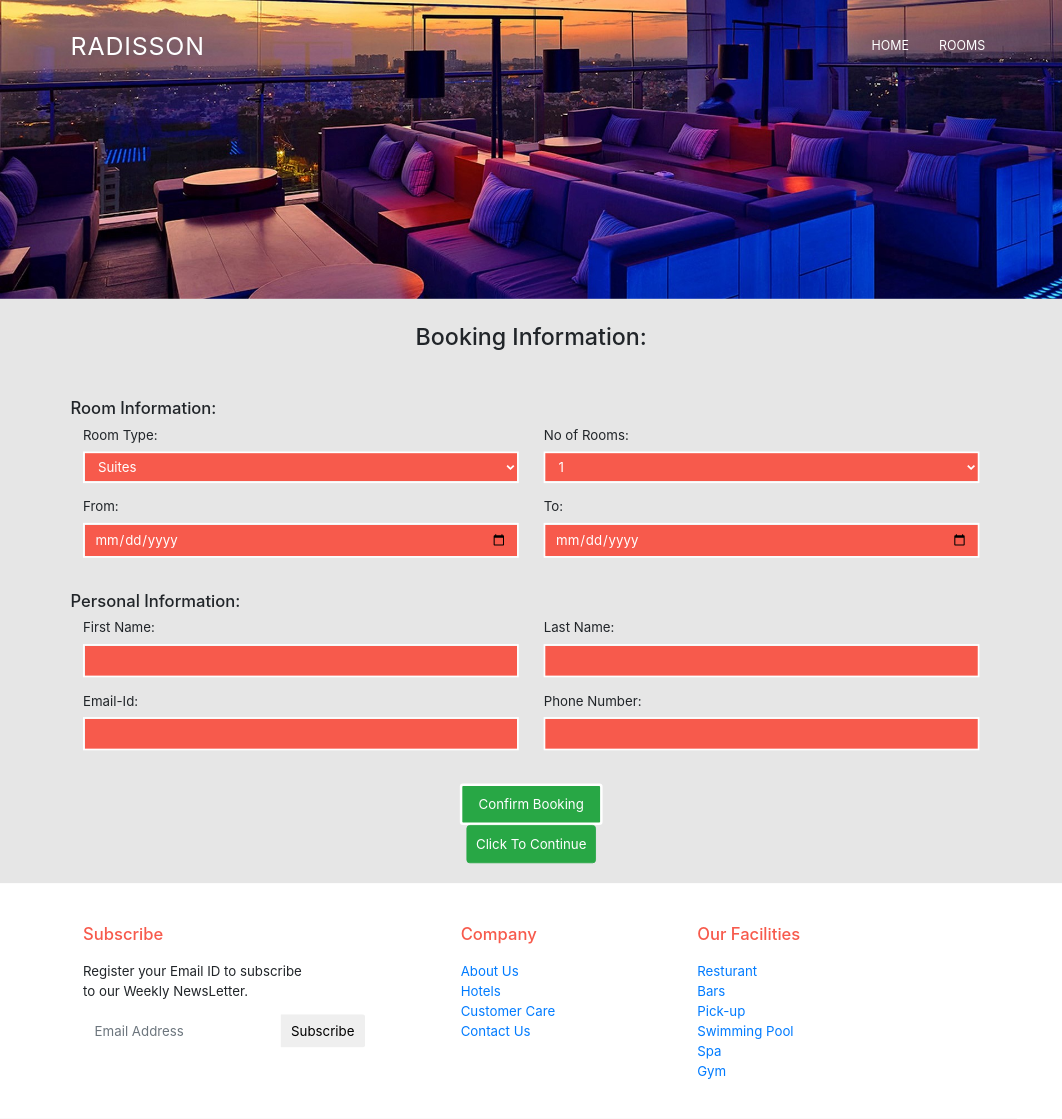
Repository: kapsky5/HotelManagement
Page: booking.html
The author's editor kept a copy of each file at every save. The page is drawn from the files as they stood at one save, then again after the next save.
The browser window is 1280 px wide. The pictures show the whole page, at 83% of full size.

Above is the page before, as saved 2019-11-08 09:57:08.

After the next save:
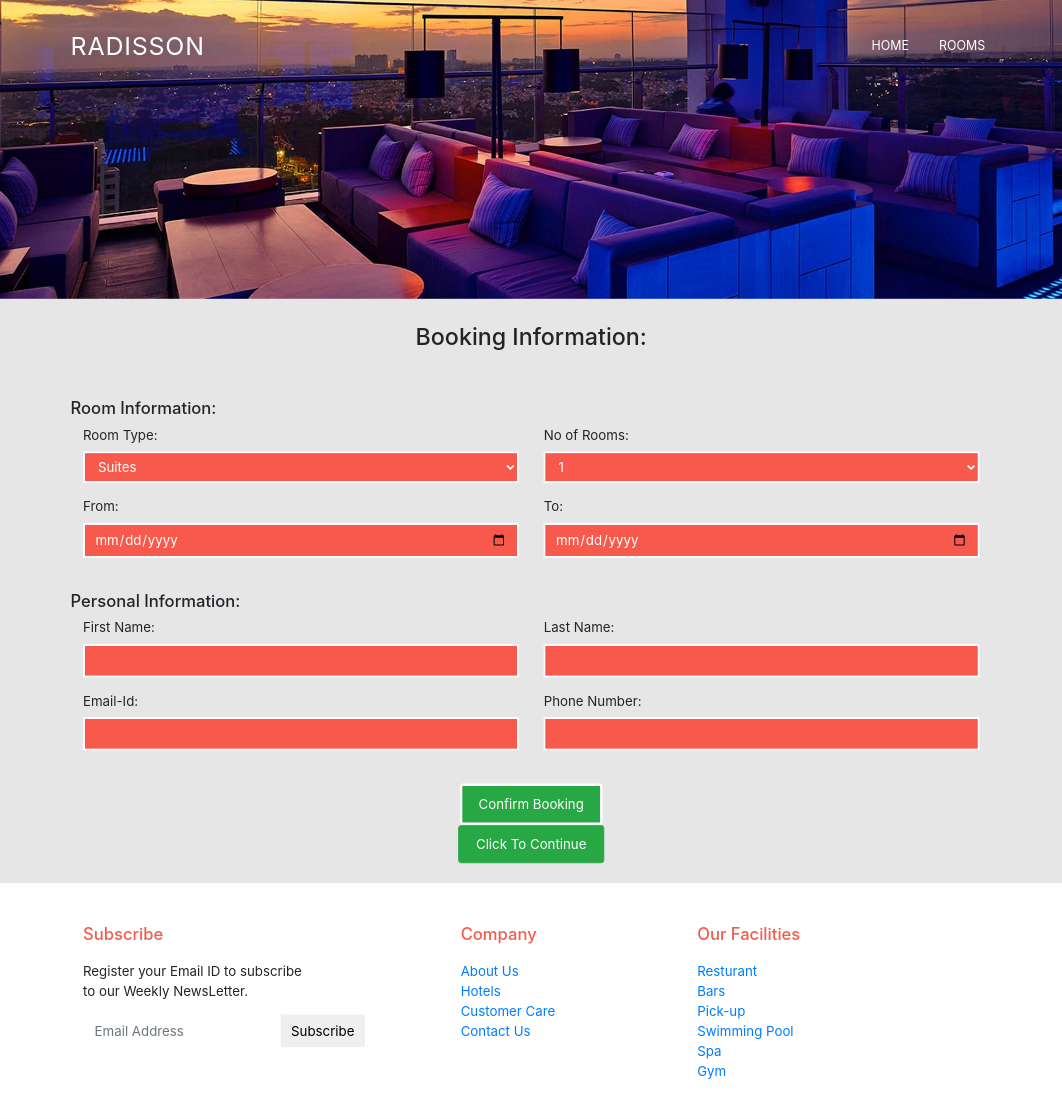
Saved 9 s later.
--- a/booking.html
+++ b/booking.html
@@ -111,7 +111,7 @@
                 </div>
                 <div class="text-center">
                     <a href="/services">
-                        <div class="text-center btn btn-success" id="btn-submit" style="padding: 10px;">
+                        <div class="text-center btn btn-success" id="btn-submit" style="padding: 10px 20px;">
                             Click To Continue
                         </div>
                     </a>
